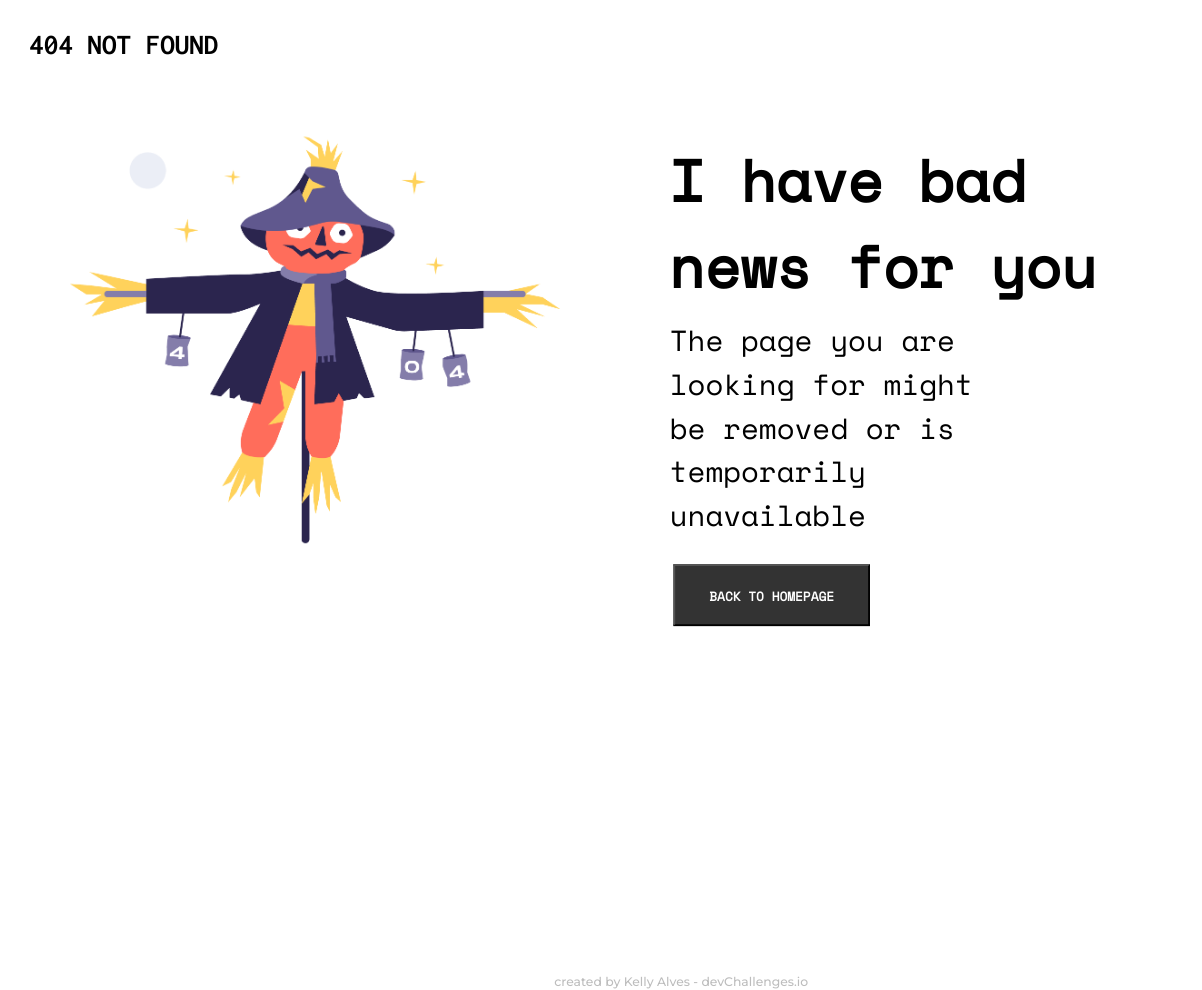
Repository: kellyalves87/404_not_found
Page: index.html
An editor plug-in stored every save of this project. The page is shown before and after the next save, followed by the edit.
The browser window is 1280 px wide. The page is 1321 px wide, so the pictures cover 1321 px, including what lies to the right of the window. The pictures show the whole page, at 91% of full size.

Above is the page before, as saved 2021-05-16 16:24:39.

### index.html
<!DOCTYPE html>
<html lang="en">

<head>
  <meta charset="utf-8" />
  <meta name="viewport" content="width=device-width, initial-scale=1,
  maximum-scale=5" />
  <link rel="icon" href="./assets/devchallenges.png" />
  <link rel="shortcut icon" type="image/x-icon" href="https://devchallenges.io/" />
  <link rel="preconnect" href="https://fonts.gstatic.com">
<link href="https://fonts.googleapis.com/css2?family=Inconsolata:wght@700&family=Montserrat:wght@500&family=Space+Mono:ital,wght@0,400;1,700&display=swap" rel="stylesheet">
  <link rel="stylesheet" href="./style/index.css">
  <link rel="stylesheet" href="./style/reset.css">
  <title>Devchallenges</title>
</head>

<header class="header">
  <h1>404 not found</h1>
</header>

<body>
  <section class="content">
    <img src="./assets/Scarecrow.png" alt="straw man">
    <h1>I have bad news for you</h1>
    <p>The page you are looking for might be removed or is temporarily unavailable</p>
  </section>
  <div class="button">
    <button type="button">back to homepage</button>
  </div>
    <footer class="footer">
      <a href="https://github.com/kellyalves87">created by Kelly Alves - <a href="https://devchallenges.io/">devChallenges.io</a>
    </footer>
</body>

</html>

### style/index.css
/* Mobile first */
@media only screen and (max-width: 414px) {
  body {
    display: flex;
    flex-direction: column;
  }

  .header h1 {
    font-family: inconsolata, sans-serif;
    font-size: 1rem;
    text-transform: uppercase;
  }

  .content img {
    padding-top: 10px;
    display: flex;
    margin: auto;
    width: 200px;
  }

  .header,
  .content,
  .button,
  .footer {
    margin: 1rem;
  }

  .content h1,
  p,
  button {
    font-family: Space Mono, sans-serif;
  }

  .content h1,
  button {
    font-weight: 700;
  }

  .content h1 {
    font-size: 2.75rem;
    padding-top: 10px;
    padding-bottom: 10px;
  }

  .content p {
    font-size: 1.1rem;
    font-weight: 400;
    padding-top: 10px;
  }

  button {
    color: #ffffff;
    cursor: pointer;
    background-color: #333333;
    font-size: 14px;
    position: fixed;
    padding: 10px 20px;
    text-transform: uppercase;
  }

  .footer {
    font-size: 0.85rem;
    padding-top: 40px;
  }
  .footer a {
    color: #bdbdbd;
    font-family: Montserrat, sans-serif;
    text-decoration: none;
  }
}

/*Desktop*/

.header h1 {
  font-family: Inconsolata, sans-serif;
  font-style: normal;
  font-weight: bold;
  text-transform: uppercase;
}

.content img {
  position: absolute;
  height: 447.4263916015625px;
  width: 539.2236938476562px;
  left: 77px;
  top: 150px;
  border-radius: 0px;
}

.header,
.content,
.button,
.footer {
  margin: 2rem;
}

.content h1,
p,
button {
  font-family: Space Mono, sans-serif;
}

.content h1,
button {
  font-weight: 700;
}

.content h1 {
  font-size: 4rem;
  width: 586px;
  height: 190px;
  left: 735px;
  top: 150px;
  position: absolute;
}

.content p {
  font-size: 2rem;
  font-weight: 400;
  position: absolute;
  width: 381px;
  height: 108px;
  left: 736px;
  top: 350px;
}

button {
  color: #ffffff;
  cursor: pointer;
  background-color: #333333;
  font-size: 14px;
  position: absolute;
  width: 216px;
  height: 68px;
  left: 740px;
  top: 620px;
  text-transform: uppercase;
}

.footer {
  font-size: 0.85rem;
  position: absolute;
  width: 287px;
  height: 17px;
  left: 577px;
  top: 1039px;
}

.footer a {
  color: #bdbdbd;
  font-family: Montserrat, sans-serif;
  text-decoration: none;
}

Loaded but not shown: style/reset.css (common file)

After the next save:
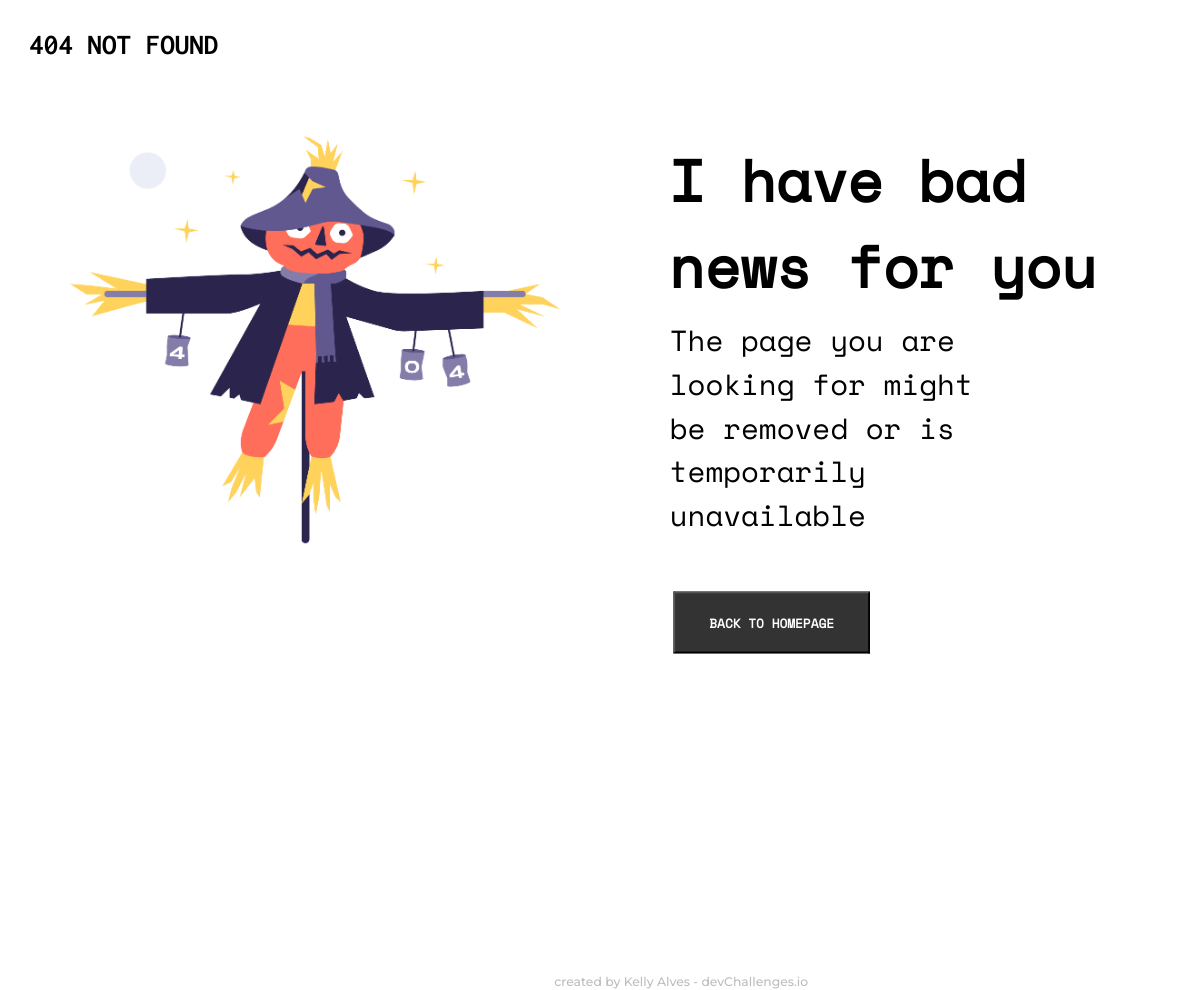
Saved 92 s later.
--- a/style/index.css
+++ b/style/index.css
@@ -133,7 +133,7 @@ button {
   width: 216px;
   height: 68px;
   left: 740px;
-  top: 620px;
+  top: 650px;
   text-transform: uppercase;
 }
 
